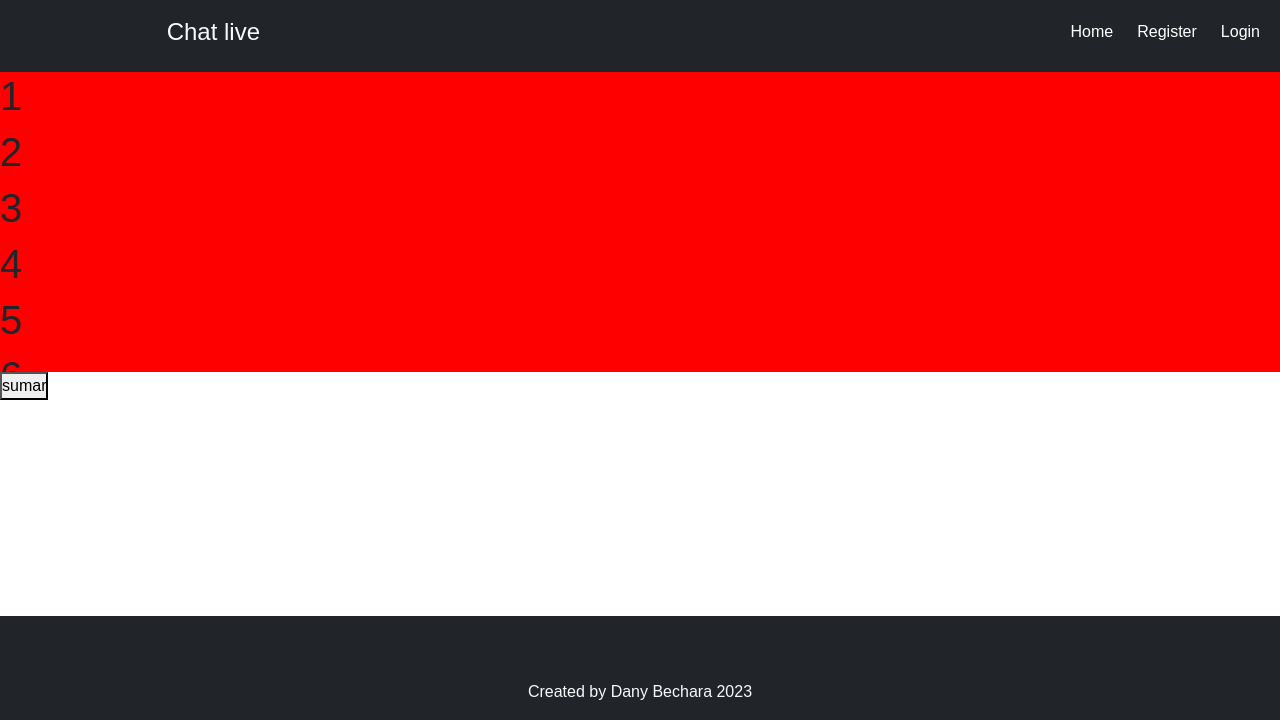
Repository: bechara611/chatv2
Page: /chat
An editor plug-in stored every save of this project. The page is shown before and after the next save, followed by the edit.
The browser window is 1280 px wide. The pictures show the whole page.
The project was rebuilt for these pictures with package versions that can differ from the ones it lists, and the page was loaded fresh each time. Also part of the build but not shown: src/auth/components/login.jsx, src/auth/components/register.jsx, src/ui/components/Home.jsx, src/App.css.

Above is the page before, as saved 2023-03-12 18:07:14.

After the next save:
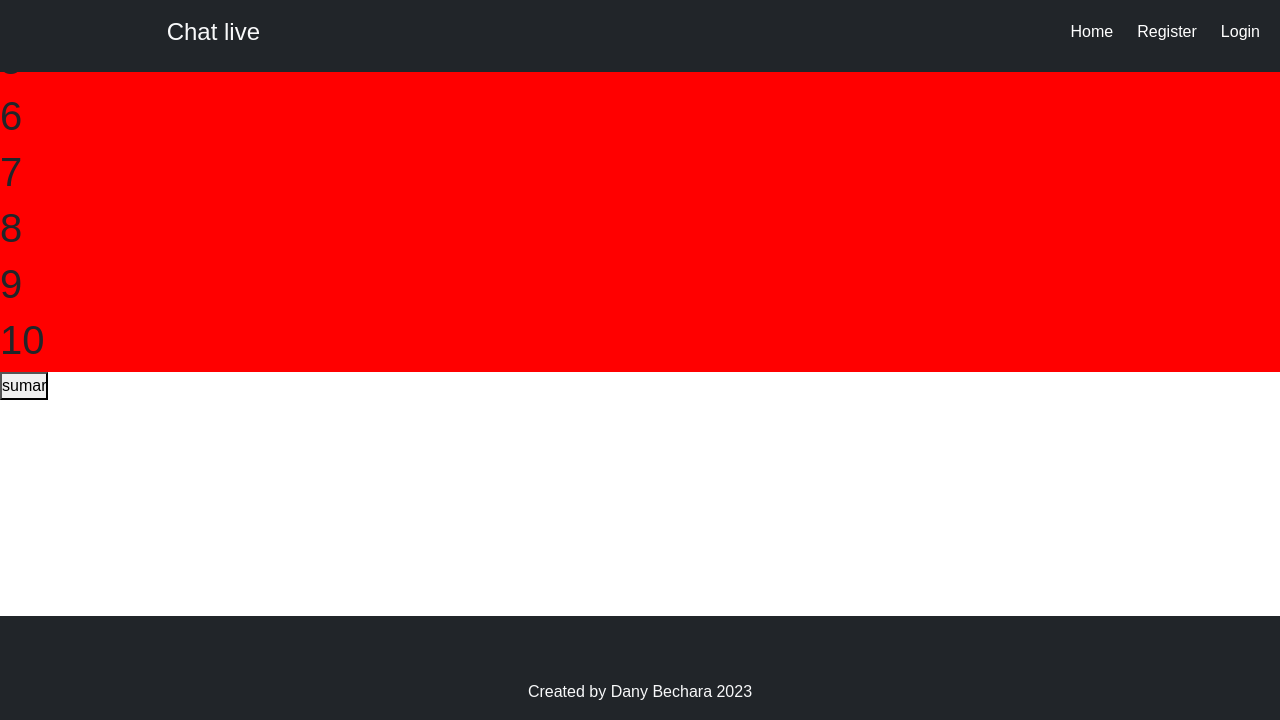
Saved 7 s later.
--- a/src/chat/components/Chat.jsx
+++ b/src/chat/components/Chat.jsx
@@ -5,12 +5,12 @@ export const Chat = () => {
     const referenciaDiv = useRef();
     useEffect(() => {
     let chat= document.getElementById('chat')
-    referenciaDiv.current.scrollTop=referenciaDiv.scrollHeight;
+    referenciaDiv.current.scrollTop=referenciaDiv.current.scrollHeight;
 
     }, [])
     useEffect(() => {
         let chat= document.getElementById('chat')
-        referenciaDiv.current.scrollTop=referenciaDiv.scrollHeight;
+        referenciaDiv.current.scrollTop=referenciaDiv.current.scrollHeight;
         }, [vector2])
 
   return (
